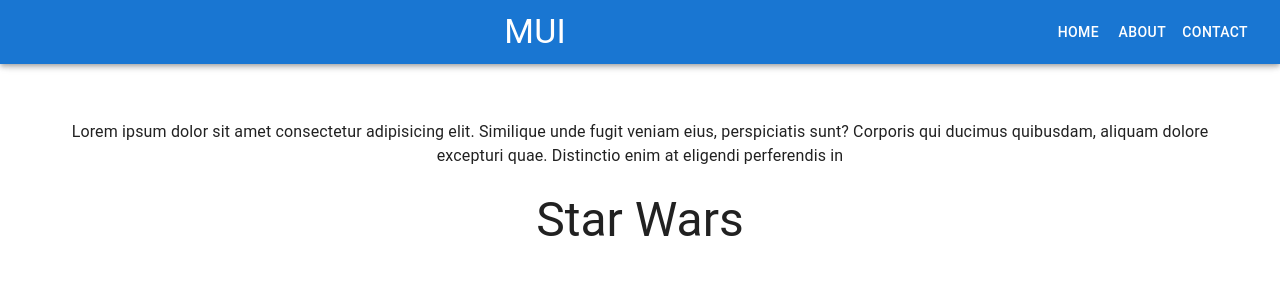
Repository: marianozamora/lisit-challenge
Page: /
These files come from the project's save history. The page is drawn as it stood at one moment and after the next save; the edit follows.
The browser window is 1280 px wide. The pictures show the whole page.
The page's requests for data from a server got no answer. The project was rebuilt for these pictures with package versions that can differ from the ones it lists, and the page was loaded fresh each time. Some packages were replaced by stand-ins written for this rebuild. No one was signed in, and anything a server would have sent is missing. Also part of the build but not shown: vite.config.ts, src/components/Pagination.tsx.

Above is the page before, as saved 2023-05-11 00:34:28.

### src/main.tsx
import React from 'react'
import ReactDOM from 'react-dom/client'
import App from './App.tsx'
import './index.css'
import { QueryClientProvider } from '@tanstack/react-query';
import queryClient from './queryClient';
import { ReactQueryDevtools } from '@tanstack/react-query-devtools';

ReactDOM.createRoot(document.getElementById('root') as HTMLElement).render(
  <React.StrictMode>
    <QueryClientProvider client={queryClient}>
      <App />
      <ReactQueryDevtools initialIsOpen></ReactQueryDevtools>
    </QueryClientProvider>
  </React.StrictMode>,
)

### src/App.tsx
import { useFetchPeople } from './hooks/useSwapi'
import './App.css'
import { People } from './hooks/types'
import Pagination from '../src/components/Pagination'
import React from 'react'
import { Box, Typography } from '@mui/material';
import Header from './components/Header';
function App() {
  const [currentPage, setCurrentPage] = React.useState(1)
  const { data, isLoading, isError } = useFetchPeople({ page: currentPage})
  //if (isLoading) return <div>Loading...</div>

  // if (data && data.count === null) {
  //   return null; // or display a different message or loading state
  // }


  return (
    <>
      <Header />
      <Box sx={{ display: 'flex', justifyContent: 'center', alignItems: 'center' }}>
        <Typography variant="h3" component="div" gutterBottom>
          Star Wars
        </Typography>
      </Box>
      {data?.results.map((person: People) => (
        <div key={person.name}>{person.name}</div>
      ))}
      {/* <button onClick={
        () => {
          setCurrentPage(currentPage + 1)
        }
      } >
        Next
      </button> */}

      {
        data && data.count > 0 && <Pagination
        onPageChange={(event, value) => {
          setCurrentPage(value)
        }}
        count={data?.count}
        elementsPerPage={10}
        currentPage={currentPage}
      />

      }
    </>

  )
}

export default App

### src/index.css
@tailwind base;
@tailwind components;
@tailwind utilities;
/*
:root {
  font-family: Inter, system-ui, Avenir, Helvetica, Arial, sans-serif;
  line-height: 1.5;
  font-weight: 400;

  color-scheme: light dark;
  color: rgba(255, 255, 255, 0.87);
  background-color: #242424;

  font-synthesis: none;
  text-rendering: optimizeLegibility;
  -webkit-font-smoothing: antialiased;
  -moz-osx-font-smoothing: grayscale;
  -webkit-text-size-adjust: 100%;
}

a {
  font-weight: 500;
  color: #646cff;
  text-decoration: inherit;
}
a:hover {
  color: #535bf2;
}

body {
  margin: 0;
  display: flex;
  place-items: center;
  min-width: 320px;
  min-height: 100vh;
}

h1 {
  font-size: 3.2em;
  line-height: 1.1;
}

button {
  border-radius: 8px;
  border: 1px solid transparent;
  padding: 0.6em 1.2em;
  font-size: 1em;
  font-weight: 500;
  font-family: inherit;
  background-color: #1a1a1a;
  cursor: pointer;
  transition: border-color 0.25s;
}
button:hover {
  border-color: #646cff;
}
button:focus,
button:focus-visible {
  outline: 4px auto -webkit-focus-ring-color;
}

@media (prefers-color-scheme: light) {
  :root {
    color: #213547;
    background-color: #ffffff;
  }
  a:hover {
    color: #747bff;
  }
  button {
    background-color: #f9f9f9;
  }
} */

### src/queryClient.ts
import { QueryClient } from '@tanstack/react-query';

const queryClient = new QueryClient();

export default queryClient;

### src/hooks/useSwapi.ts
import api from '../api/swapi';
import { useQuery } from '@tanstack/react-query';

export async function fetchPeople({page=1}) {
    const { data } = await api.get(`people/?page=${page}`);
    return data;
}

export function useFetchPeople({ page = 1 } = {}) {
    return useQuery({
        queryKey: ['people', { page }],
        queryFn: () => fetchPeople({ page }),
    })

}

async function fetchPerson(id) {
    const { data } = await api.get(`people/${id}`);
    return data;
}

### src/components/Header.tsx
import * as React from 'react';
import { AppBar, Toolbar, IconButton, Typography, Box, CssBaseline} from '@mui/material';
import { Drawer, List, ListItem, ListItemButton, ListItemText, Divider, Button } from '@mui/material';
import MenuIcon from '@mui/icons-material/Menu';
interface Props {
    /**
     * Injected by the documentation to work in an iframe.
     * You won't need it on your project.
     */
    window?: () => Window;
}


const drawerWidth = 240;
const navItems = ['Home', 'About', 'Contact'];

export default function Header(props: Props) {

    const { window } = props;
    const [mobileOpen, setMobileOpen] = React.useState(false);

    const handleDrawerToggle = () => {
        setMobileOpen((prevState) => !prevState);
    };

    const drawer = (
        <Box onClick={handleDrawerToggle} sx={{ textAlign: 'center' }}>
        <Typography variant="h6" sx={{ my: 2 }}>
            MUI
        </Typography>
        <Divider />
        <List>
            {navItems.map((item) => (
            <ListItem key={item} disablePadding>
                <ListItemButton sx={{ textAlign: 'center' }}>
                <ListItemText primary={item} />
                </ListItemButton>
            </ListItem>
            ))}
        </List>
        </Box>
    );

    const container = window !== undefined ? () => window().document.body : undefined;

    return (
            <Box sx={{ display: 'flex' }}>
            <CssBaseline />
            <AppBar component="nav">
            <Toolbar className="flex">
                <IconButton
                color="inherit"
                aria-label="open drawer"
                edge="start"
                onClick={handleDrawerToggle}
                sx={{ mr: 2, display: { sm: 'none' } }}
                >
                <MenuIcon />
                </IconButton>
                <Typography
                variant="h4"
                        component="div"
                        className="text-white w-[300px]"
                sx={{ flexGrow: 1, display: { xs: 'none', sm: 'block' } }}
                >
                MUI
                </Typography>
                <Box sx={{ display: { xs: 'none', sm: 'block' } }}>
                {navItems.map((item) => (
                    <Button key={item} sx={{ color: '#fff' }}>
                    {item}
                    </Button>
                ))}
                </Box>
            </Toolbar>
            </AppBar>
            <Box component="nav">
                <Drawer
                container={container}
                variant="temporary"
                open={mobileOpen}
                onClose={handleDrawerToggle}
                ModalProps={{
                keepMounted: true, // Better open performance on mobile.
                }}
                sx={{
                display: { xs: 'block', sm: 'none' },
                '& .MuiDrawer-paper': { boxSizing: 'border-box', width: drawerWidth },
                }}
            >
                {drawer}
            </Drawer>
            </Box>
            <Box component="main" sx={{ p: 3 }}>
            <Toolbar />
            <Typography>
                Lorem ipsum dolor sit amet consectetur adipisicing elit. Similique unde
                fugit veniam eius, perspiciatis sunt? Corporis qui ducimus quibusdam,
                aliquam dolore excepturi quae. Distinctio enim at eligendi perferendis in
            </Typography>
            </Box>
        </Box>
    )
}

### src/api/swapi.ts
import axios from 'axios';

const api = axios.create({
    baseURL: 'https://swapi.dev/api/',
});

export default api;

Loaded but not shown: index.html (common file); src/App.css (common file); tailwind.config.js (common file)

After the next save:
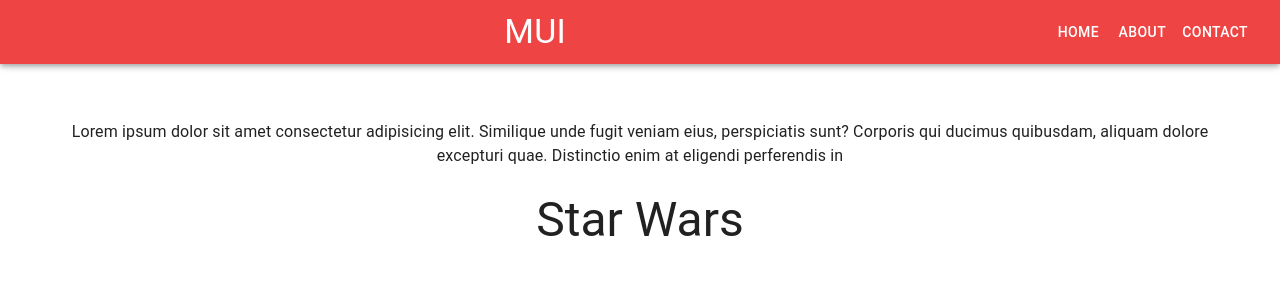
Saved 11 s later.
--- a/src/components/Header.tsx
+++ b/src/components/Header.tsx
@@ -47,7 +47,7 @@
             <Box sx={{ display: 'flex' }}>
             <CssBaseline />
             <AppBar component="nav">
-            <Toolbar className="flex">
+            <Toolbar className="bg-red-500">
                 <IconButton
                 color="inherit"
                 aria-label="open drawer"

After the save that followed:
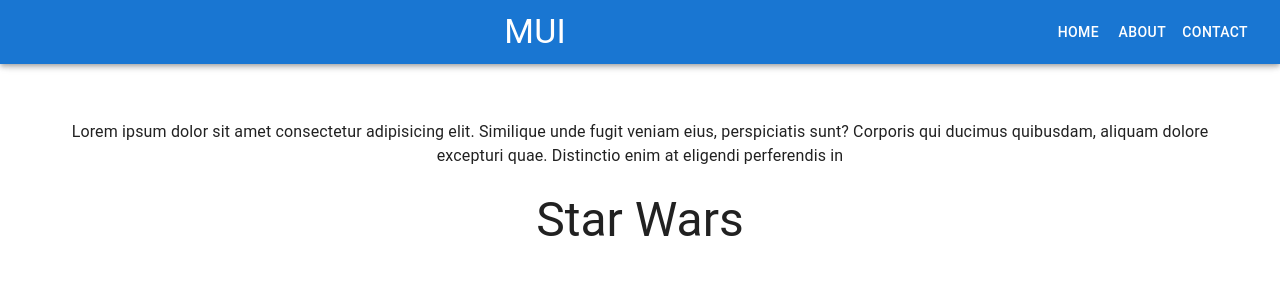
Saved 5 s later.
--- a/src/components/Header.tsx
+++ b/src/components/Header.tsx
@@ -47,7 +47,7 @@
             <Box sx={{ display: 'flex' }}>
             <CssBaseline />
             <AppBar component="nav">
-            <Toolbar className="bg-red-500">
+            <Toolbar className="bg-black-500">
                 <IconButton
                 color="inherit"
                 aria-label="open drawer"
